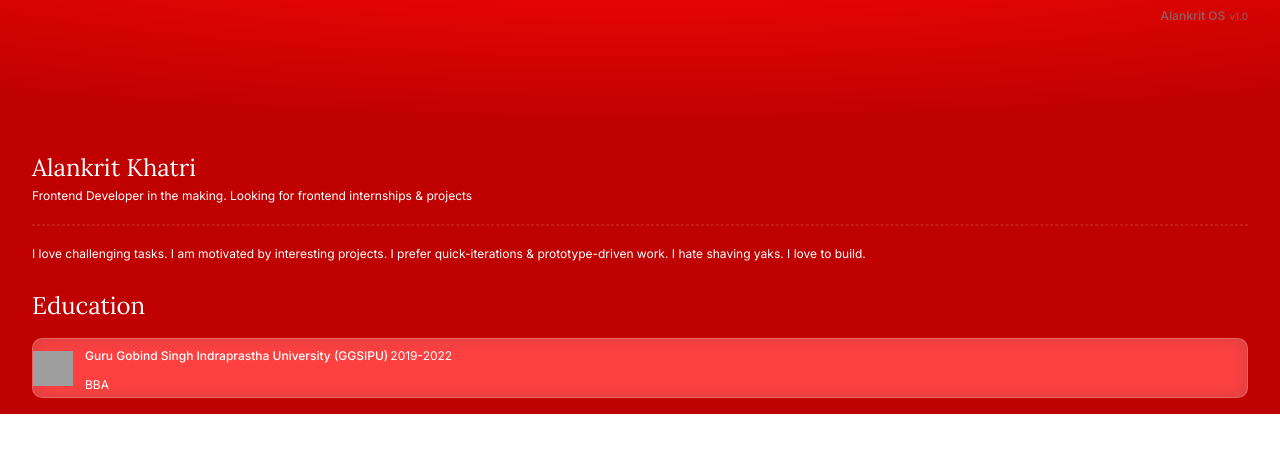
Repository: alankritkhatri/alankrit.xyz
Page: /
These files come from the project's save history. The page is drawn as it stood at one moment and after the next save; the edit follows.
The browser window is 1280 px wide. The pictures show the whole page.
Pictures or frames that could not be fetched are drawn as grey boxes. The project was rebuilt for these pictures with package versions that can differ from the ones it lists, and the page was loaded fresh each time. Also part of the build but not shown: vite.config.js, src/blog.jsx.

Above is the page before, as saved 2024-08-11 20:15:12.

After the next save:
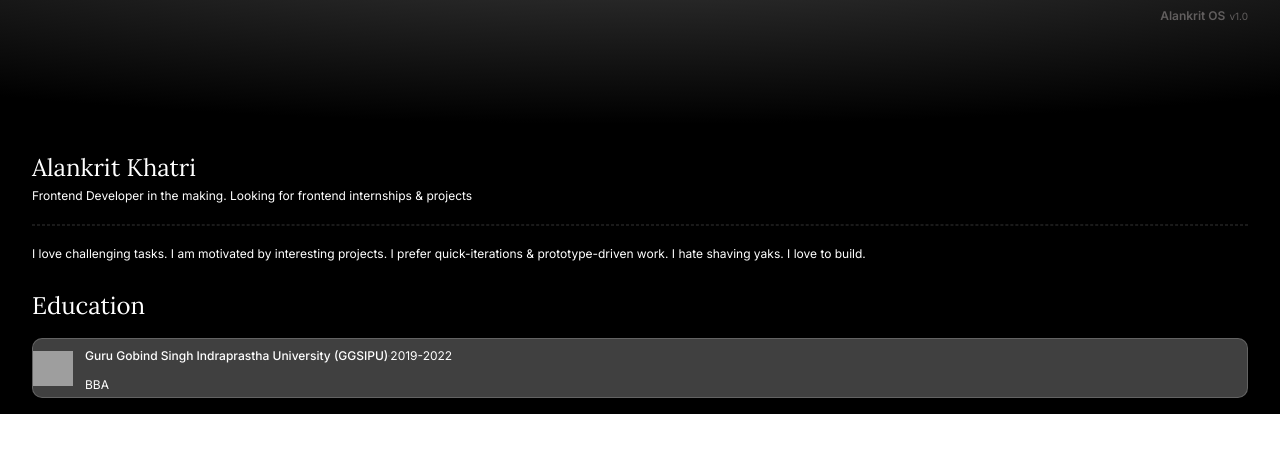
Saved 13 s later.
--- a/src/App.css
+++ b/src/App.css
@@ -20,7 +20,7 @@
   }
   color: white;
 
-  background: radial-gradient(100% 50% at 50% -20%, #ff0606, #bf0101);
+  background: radial-gradient(100% 50% at 50% -20%, #404040, #000000);
   padding: 0px 32px;
   a {
     text-decoration: none;
